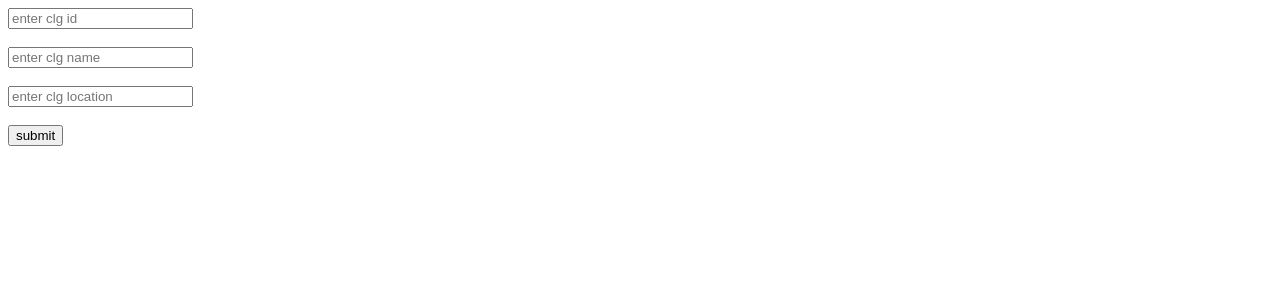
Repository: bpgujjari/Java-Logics
Page: conditional and looping programs/RathanSir/jspDb/src/main/webapp/college.html
An editor plug-in stored every save of this project. The page is shown before and after the next save, followed by the edit.
The browser window is 1280 px wide. The pictures show the whole page.

Above is the page before, as saved 2023-03-11 16:39:16.

### conditional and looping programs/RathanSir/jspDb/src/main/webapp/college.html
<!DOCTYPE html>
<html>
<body>
<form method="post" action="collegeact">

<input type="number" name="id" placeholder="enter clg id"><br><br>
<input type="text" name="clgname" placeholder="enter clg name"><br><br>
<input type="text" name="clgloc" placeholder="enter clg location"><br><br>
<input type="submit" value="submit">
</form>
</body>
</html>

After the next save:
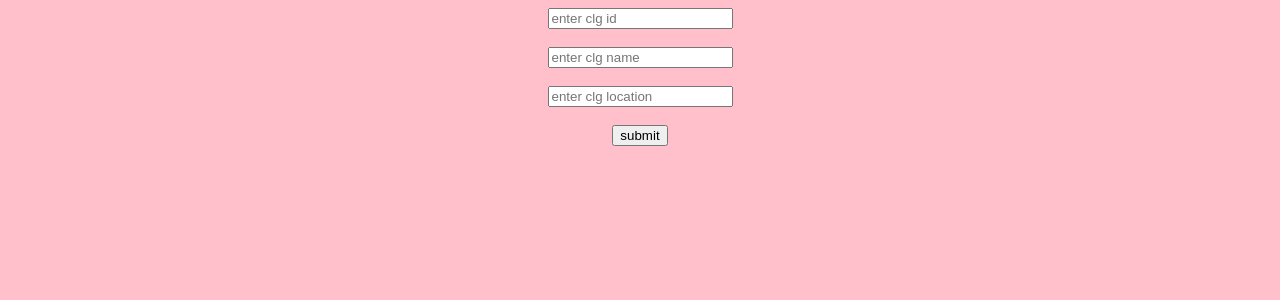
Saved 34 s later.
--- a/conditional and looping programs/RathanSir/jspDb/src/main/webapp/college.html
+++ b/conditional and looping programs/RathanSir/jspDb/src/main/webapp/college.html
@@ -1,6 +1,6 @@
 <!DOCTYPE html>
 <html>
-<body>
+<body bgcolor="pink" style="text-align: center;">
 <form method="post" action="collegeact">
 
 <input type="number" name="id" placeholder="enter clg id"><br><br>
